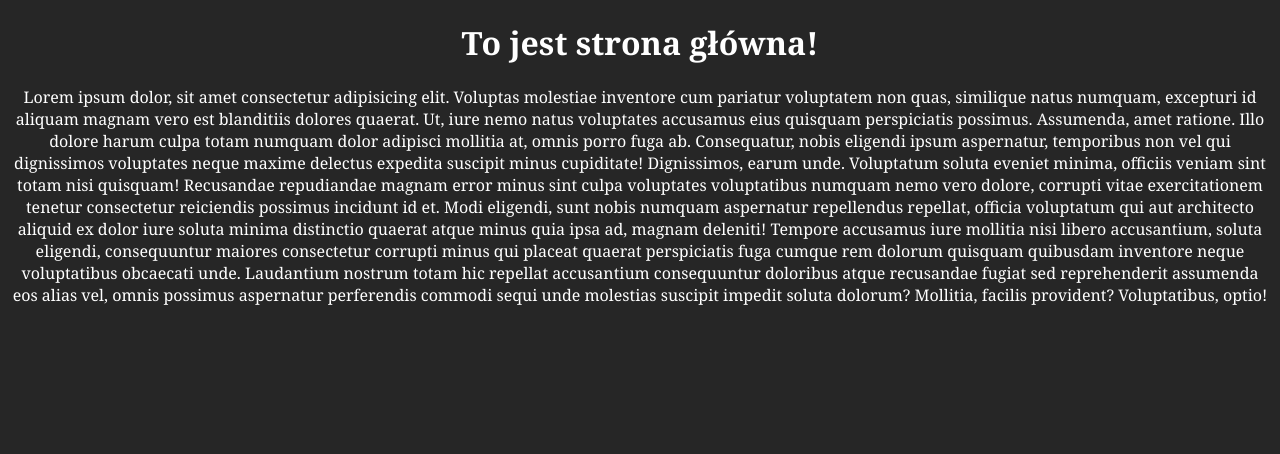
Repository: emas130/my-first-blog
Page: http://localhost/
An editor plug-in stored every save of this project. The page is shown before and after the next save, followed by the edit.
The browser window is 1280 px wide. The pictures show the whole page.
The page is served by the project's application, run on Django 2.2 (manage.py). Other server files are loaded and not shown.

Above is the page before, as saved 2020-01-21 15:41:16.

### stronamoja/views.py
from django.http import HttpResponse
from django.shortcuts import render

def about(request):
   # Adres strony który funkcja wywołuje
   return render(request, 'about.html')

def blog(request):
   #return HttpResponse('To jest blog')
   return render(request, 'blog.html')

def home(request):
   return render(request, 'home.html')

def gallery(request):
   return render(request, 'gallery.html')

### templates/home.html
{% load static %}
<!DOCTYPE html>
<html lang="en">
<head>
   <meta charset="UTF-8">
   <meta name="viewport" content="width=device-width, initial-scale=1.0">
   <meta http-equiv="X-UA-Compatible" content="ie=edge">
   <link rel="stylesheet" href="/static/style.css">
   <title>Document</title>
</head>
<body>
   <h1>To jest strona główna!</h1>
  <div class="container">
      <p>Lorem ipsum dolor, sit amet consectetur adipisicing elit. Voluptas molestiae inventore cum pariatur voluptatem non quas, similique natus numquam, excepturi id aliquam magnam vero est blanditiis dolores quaerat. Ut, iure nemo natus voluptates accusamus eius quisquam perspiciatis possimus. Assumenda, amet ratione. Illo dolore harum culpa totam numquam dolor adipisci mollitia at, omnis porro fuga ab. Consequatur, nobis eligendi ipsum aspernatur, temporibus non vel qui dignissimos voluptates neque maxime delectus expedita suscipit minus cupiditate! Dignissimos, earum unde. Voluptatum soluta eveniet minima, officiis veniam sint totam nisi quisquam! Recusandae repudiandae magnam error minus sint culpa voluptates voluptatibus numquam nemo vero dolore, corrupti vitae exercitationem tenetur consectetur reiciendis possimus incidunt id et. Modi eligendi, sunt nobis numquam aspernatur repellendus repellat, officia voluptatum qui aut architecto aliquid ex dolor iure soluta minima distinctio quaerat atque minus quia ipsa ad, magnam deleniti! Tempore accusamus iure mollitia nisi libero accusantium, soluta eligendi, consequuntur maiores consectetur corrupti minus qui placeat quaerat perspiciatis fuga cumque rem dolorum quisquam quibusdam inventore neque voluptatibus obcaecati unde. Laudantium nostrum totam hic repellat accusantium consequuntur doloribus atque recusandae fugiat sed reprehenderit assumenda eos alias vel, omnis possimus aspernatur perferendis commodi sequi unde molestias suscipit impedit soluta dolorum? Mollitia, facilis provident? Voluptatibus, optio!</p>
   </div>
</body>
</html>

### stronamoja/urls.py
from django.contrib import admin
from django.urls import path
from . import views
from django.contrib.staticfiles.urls import staticfiles_urlpatterns

urlpatterns = [
    path('admin/', admin.site.urls),
    path('about/', views.about),
    path('blog/', views.blog),
    path('gallery', views.gallery),
    path('', views.home),
]

urlpatterns += staticfiles_urlpatterns()

### stronamoja/pliki/style.css
body {
   background-color: #262626;
   color: #fff;
   text-align: center;
   font-family: Cambria, Cochin, Georgia, Times, 'Times New Roman', serif;
}

After the next save:
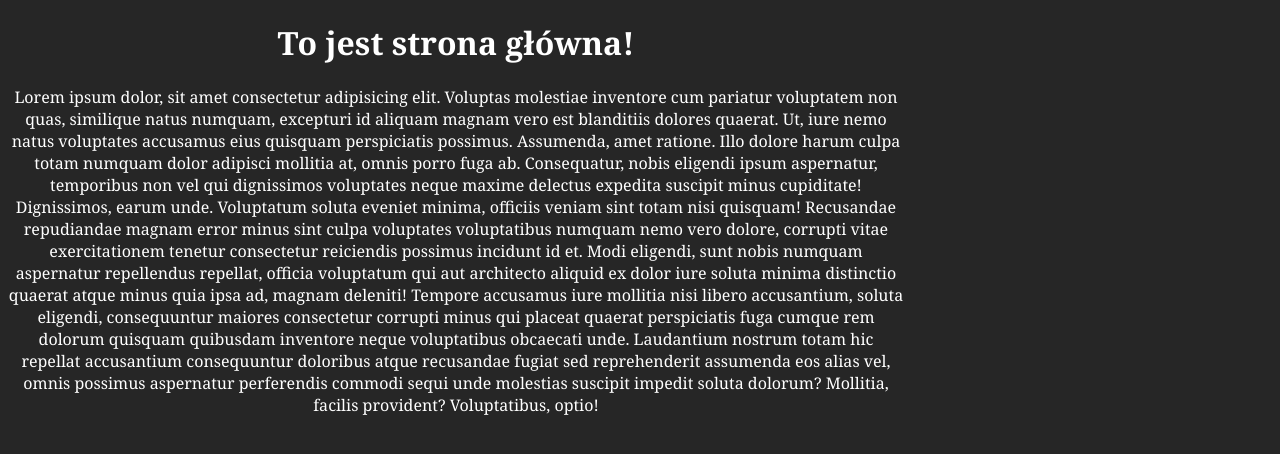
Saved 34 s later.
--- a/stronamoja/pliki/style.css
+++ b/stronamoja/pliki/style.css
@@ -3,4 +3,5 @@
    color: #fff;
    text-align: center;
    font-family: Cambria, Cochin, Georgia, Times, 'Times New Roman', serif;
+   width: 70%;
 }

After the save that followed:
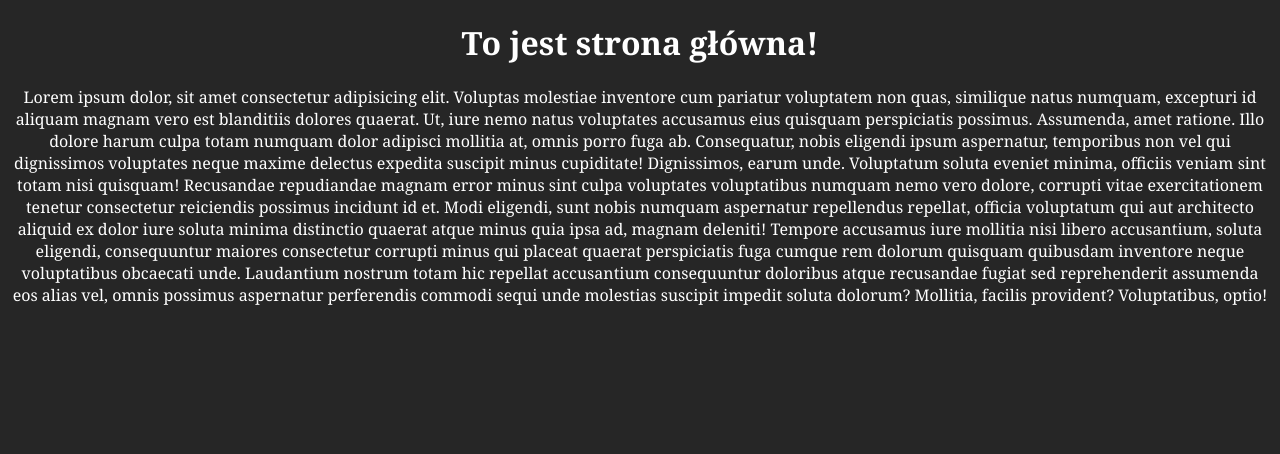
Saved 41 s later.
--- a/stronamoja/pliki/style.css
+++ b/stronamoja/pliki/style.css
@@ -3,5 +3,5 @@
    color: #fff;
    text-align: center;
    font-family: Cambria, Cochin, Georgia, Times, 'Times New Roman', serif;
-   width: 70%;
+   width: auto 20%;
 }
